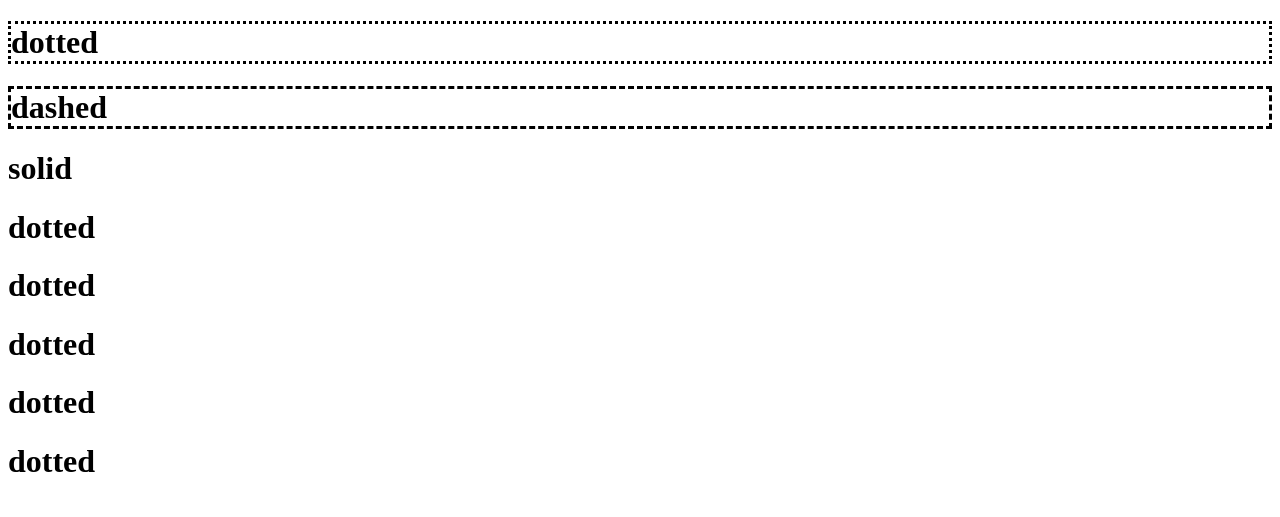
Repository: KimHeonSeung/TJE_HTML
Page: sources/day_04/WebContent/border_style.html
These files come from the project's save history. The page is drawn as it stood at one moment and after the next save; the edit follows.
The browser window is 1280 px wide. The pictures show the whole page.

Above is the page before, as saved 2019-05-15 01:18:29.

### sources/day_04/WebContent/border_style.html
<!DOCTYPE html>
<html>
<head>
<meta charset="UTF-8">
<title>Insert title here</title>
<style>
#dot {
	border-style: dotted;
}

#dash {
	border-style: dashed;
}

</style>

</head>
<body>
<h1 id = "dot" border = "1">dotted</h1>
<h1 id = "dash" border = "1">dashed</h1>
<h1 id = "solid" border = "1">solid</h1>
<h1 border = "1">dotted</h1>
<h1 border = "1">dotted</h1>
<h1 border = "1">dotted</h1>
<h1 border = "1">dotted</h1>
<h1 border = "1">dotted</h1>
</body>
</html>

After the next save:
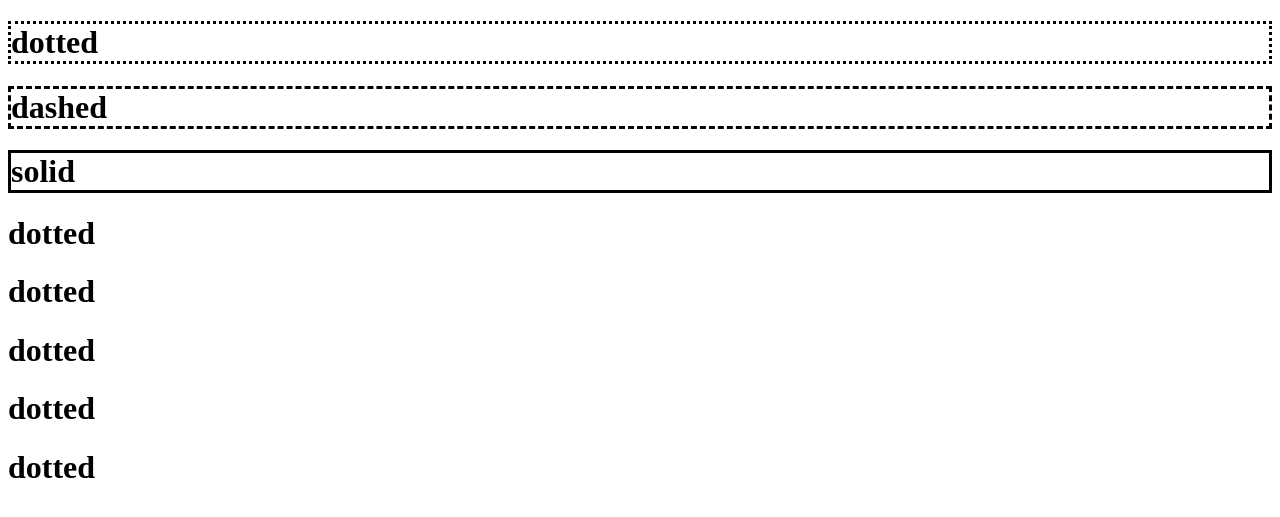
Saved 9 s later.
--- a/sources/day_04/WebContent/border_style.html
+++ b/sources/day_04/WebContent/border_style.html
@@ -10,6 +10,10 @@
 
 #dash {
 	border-style: dashed;
+}
+
+#solid {
+	border-style: solid;
 }
 
 </style>
